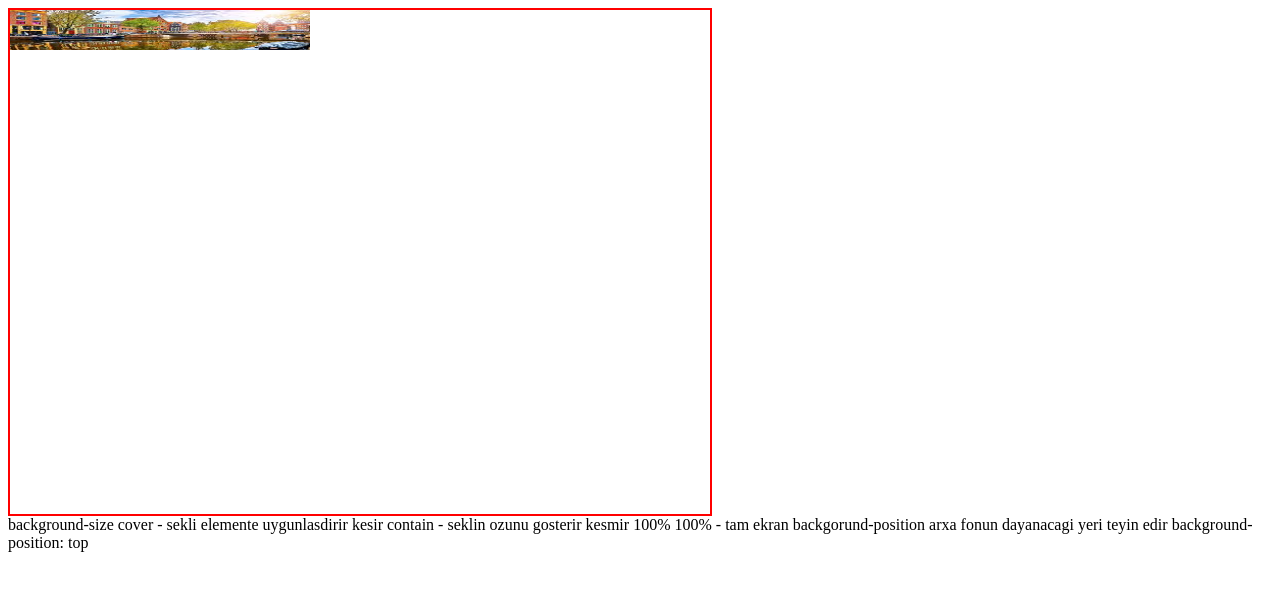
Repository: AytacSafarova/TAsk-11
Page: index.html
The author's editor kept a copy of each file at every save. The page is drawn from the files as they stood at one save, then again after the next save.
The browser window is 1280 px wide. The pictures show the whole page.

Above is the page before, as saved 2023-09-01 18:37:41.

After the next save:
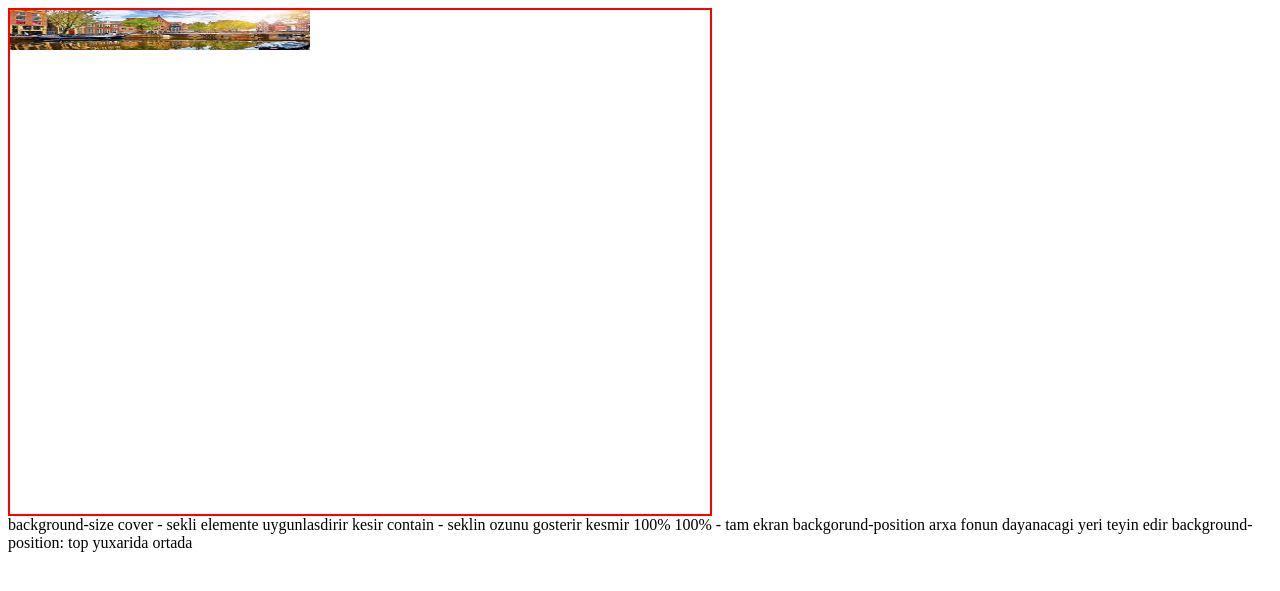
Saved 5 s later.
--- a/index.html
+++ b/index.html
@@ -31,4 +31,4 @@
 
 backgorund-position
 arxa fonun dayanacagi yeri teyin edir
-background-position: top
+background-position: top yuxarida ortada
